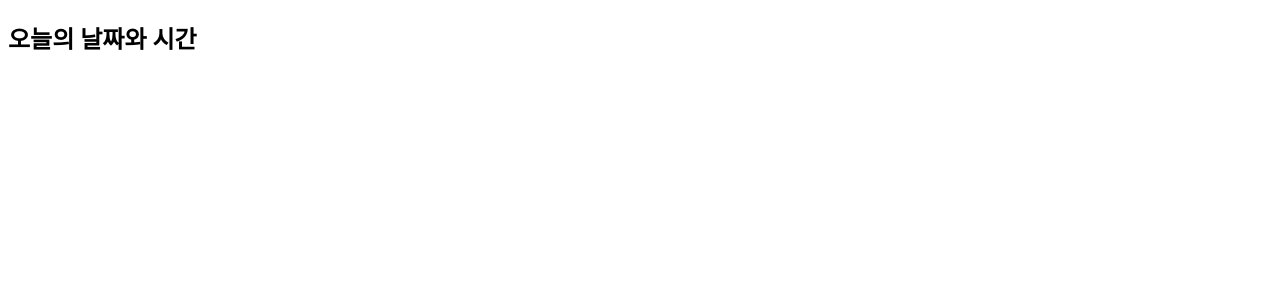
Repository: KyoungHwanJeong/jspworks
Page: http://localhost/jwbook/forward/forward_date.jsp
The author's editor kept a copy of each file at every save. The page is drawn from the files as they stood at one save, then again after the next save.
The browser window is 1280 px wide. The pictures show the whole page.
The page is served by Tomcat 9. Other server files are loaded and not shown.

Above is the page before, as saved 2023-11-21 01:00:29.

### jwbook/src/main/webapp/forward/forward_date.jsp
<%@ page language="java" contentType="text/html; charset=UTF-8"
    pageEncoding="UTF-8"%>
<!DOCTYPE html>
<html>
<head>
<meta charset="UTF-8">
<title>오늘의 날짜와 시간</title>
</head>
<body>
	<h2>오늘의 날짜와 시간</h2>

</body>
</html>

After the next save:
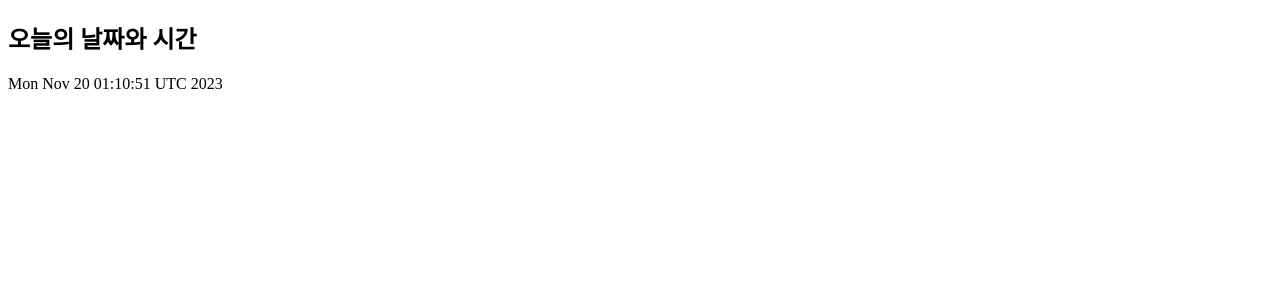
Saved 75 s later.
--- a/jwbook/src/main/webapp/forward/forward_date.jsp
+++ b/jwbook/src/main/webapp/forward/forward_date.jsp
@@ -1,3 +1,4 @@
+<%@page import="java.util.Date"%>
 <%@ page language="java" contentType="text/html; charset=UTF-8"
     pageEncoding="UTF-8"%>
 <!DOCTYPE html>
@@ -8,6 +9,10 @@
 </head>
 <body>
 	<h2>오늘의 날짜와 시간</h2>
+	<%
+		Date date = new Date();
+	%>
 
+	<%=date %>
 </body>
 </html>
